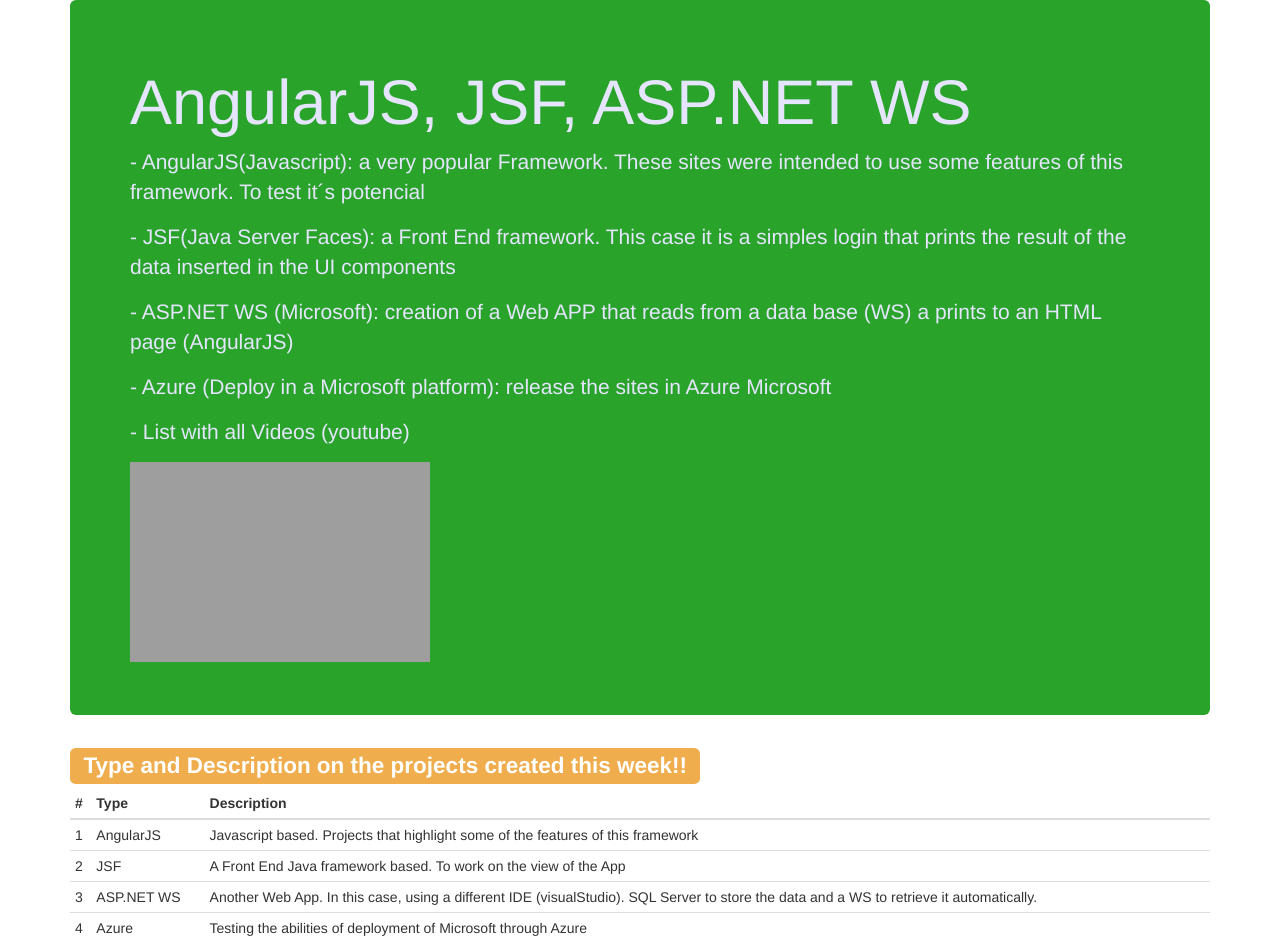
Repository: atafs/Deploy_GoogleAppEngine_webAPPS
Page: Project_002_Deploy_americotomasLIB/war/index.html
These files come from the project's save history. The page is drawn as it stood at one moment and after the next save; the edit follows.
The browser window is 1280 px wide. The pictures show the part of the page from y = 0 to 952 px (the page is 2545 px tall).
Pictures or frames that could not be fetched are drawn as grey boxes.

Above is the page before, as saved 2016-02-04 17:07:45.
Console error (its wording comes from the project's code and is left out).

After the next save:
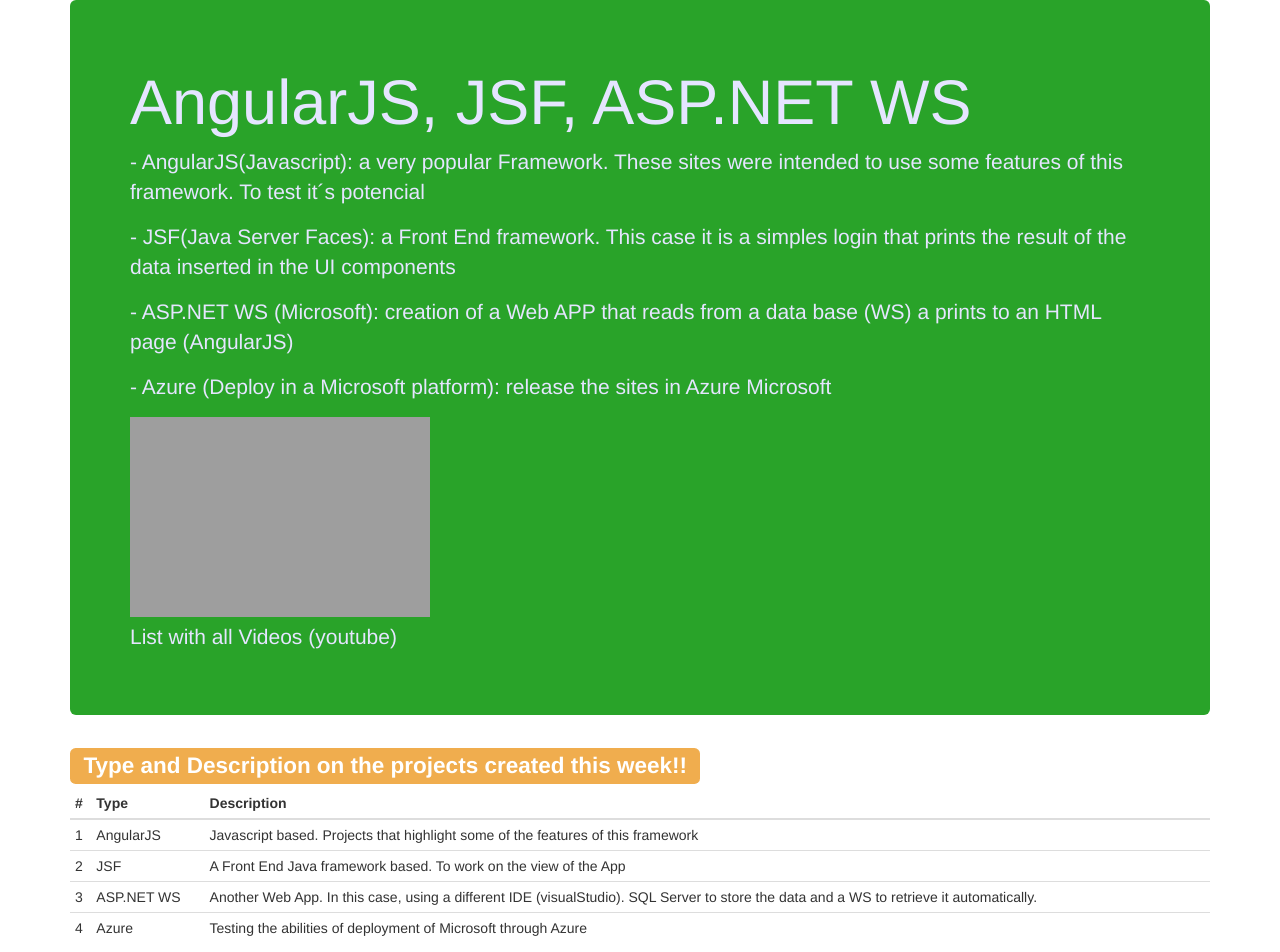
Saved 33 s later.
--- a/Project_002_Deploy_americotomasLIB/war/index.html
+++ b/Project_002_Deploy_americotomasLIB/war/index.html
@@ -22,8 +22,9 @@
 			<p>- ASP.NET WS (Microsoft): creation of a Web APP that reads from a data base (WS) a prints to an HTML page (AngularJS)</p>
 			<p>- Azure (Deploy in a Microsoft platform): release the sites in Azure Microsoft </p>
 
-			<p>- List with all Videos (youtube)</p>
 			<iframe width="300" height="200" src="https://www.youtube.com/embed/videoseries?list=PLBaNeIDelX0LWugK_EMfT9q_S85-bH_qY" frameborder="0" allowfullscreen></iframe>
+			<p>List with all Videos (youtube)</p>
+
 		</div>
 		<h2>
 			<span class="label label-warning">Type and Description on the
